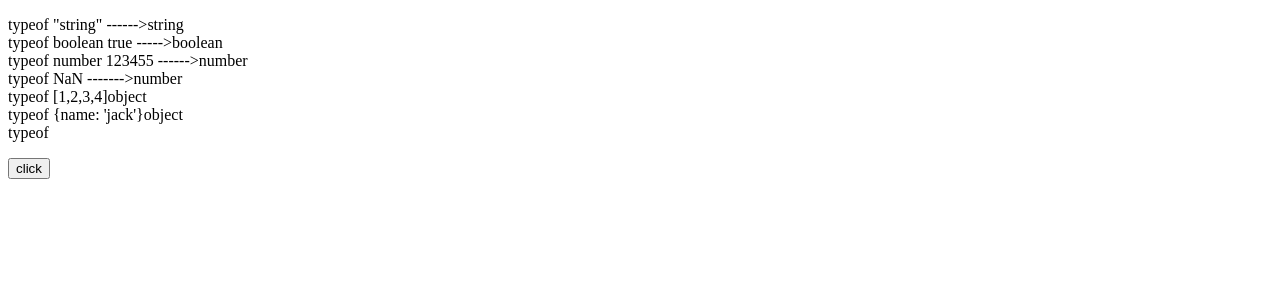
Repository: SlimShadyBaby/study-vue
Page: code/003-JavaScript/1-数据类型/structure.html
These files come from the project's save history. The page is drawn as it stood at one moment and after the next save; the edit follows.
The browser window is 1280 px wide. The pictures show the whole page.
After loading, the first visible `input` was clicked once.

Above is the page before, as saved 2021-09-07 20:54:33.

After the next save:
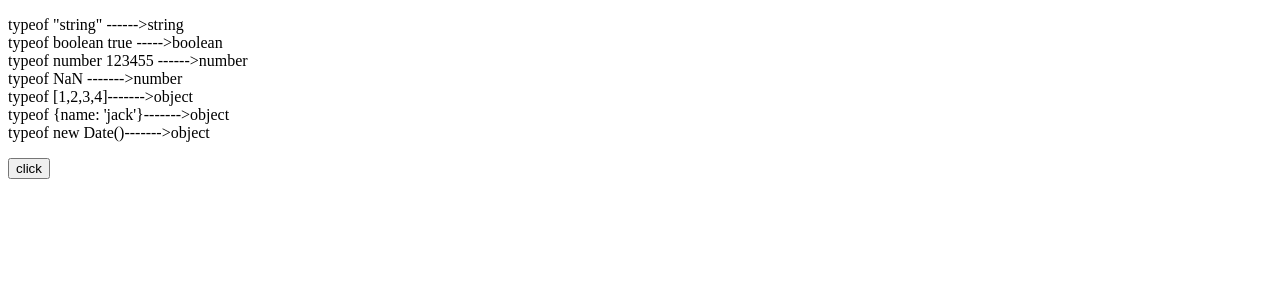
Saved 29 s later.
--- a/code/003-JavaScript/1-数据类型/structure.html
+++ b/code/003-JavaScript/1-数据类型/structure.html
@@ -12,9 +12,9 @@
             "typeof boolean true ----->" + typeof true + "<br>" +
             "typeof number 123455 ------>" + typeof 123455 + "<br>" +
             "typeof NaN ------->" + typeof NaN + "<br>" +
-            "typeof [1,2,3,4]" + typeof [1,2,3,4] + "<br>" +
-            "typeof {name: 'jack'}" + typeof {name: "jack"} + "<br>" +
-            "typeof "
+            "typeof [1,2,3,4]------->" + typeof [1,2,3,4] + "<br>" +
+            "typeof {name: 'jack'}------->" + typeof {name: "jack"} + "<br>" +
+            "typeof new Date()------->"+ typeof new Date()
         }
 
     </script>
